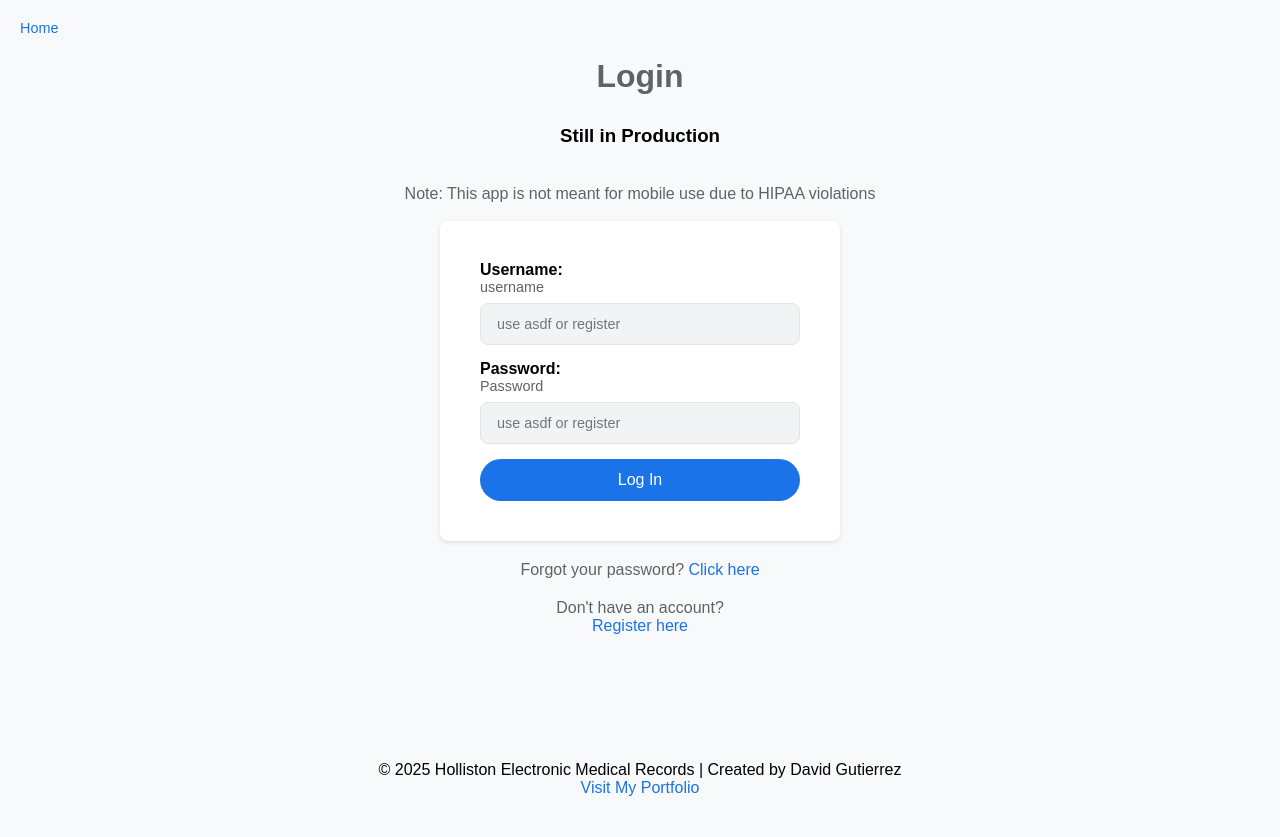
Repository: DavidG626/Flask-Project
Page: http://localhost/login?next=%2Fcpt%2Fcpt_codes
An editor plug-in stored every save of this project. The page is shown before and after the next save, followed by the edit.
The browser window is 1280 px wide. The pictures show the whole page.
The page is served by the project's application, run on Flask 3 (tempCodeRunnerFile.py). Other server files are loaded and not shown.

Above is the page before, as saved 2025-03-11 12:24:03.

### templates/login.html
<!DOCTYPE html>
<html lang="en">
<head>
    <meta charset="UTF-8">
    <meta name="viewport" content="width=device-width, initial-scale=1.0">
    <link rel="stylesheet" type="text/css" href="/static/login.css">

    <title>Login</title>

</head>
<body>
    <!-- Navigation -->
    <a class=home href="{{ url_for('home') }}">Home</a>
    {% with messages = get_flashed_messages(with_categories=true) %}
    {% if messages %}
      <ul>
        {% for category, message in messages %}
          <div class="{{ category }}">{{ message }}</div>
        {% endfor %}
      </ul>
    {% endif %}
  {% endwith %}<br>
    <!-- Login Form -->
    <h1>Login</h1>
    <h3>Still in Production</h3><br>
    <p>Note: This app is not meant for mobile use due to HIPAA violations</p><br>


    <form method="POST" action="">
        {{ form.hidden_tag() }}

        <legend>Login</legend>
          <!-- Render Username Field -->
          <h4>Username:</h4>
          <div>
            {{ form.username.label(class="form-label") }}
            {{ form.username(class="form-input", placeholder="use asdf or register") }}

        </div>

         <!-- Render Password Field -->
         <h4>Password:</h4>
         <div>
            {{ form.password.label(class="form-label") }}
            {{ form.password(class="form-input", placeholder="use asdf or register") }}

        </div>

        <div>
            {{ form.submit(class="form-button") }}
        </div>
    </form>
    <!-- Forgot Password Link -->
    <p>Forgot your password? <a href="#">Click here</a></p>

    <!-- Registration Link -->
    <p>Don't have an account?</p>
    <a href="{{ url_for('login_register.register') }}" class="register-link">Register here</a>



    <br><br><br><br><br><br><br>

    <footer>
      <div >
          &copy; 2025 Holliston Electronic Medical Records | Created by David Gutierrez

      </div>
      <div >
          <a href="https://github.com/DavidG626/Flask-Project" class="register-link" target="_blank">Visit My Portfolio</a>
      </div>
    </footer>
</body>


</html>

### forms/provider_registration_form.py
from flask_wtf import FlaskForm
from wtforms import StringField, PasswordField, SubmitField, BooleanField, SelectField
from wtforms.validators import DataRequired, Length, Email, EqualTo
from flask import Blueprint, render_template, url_for, flash, redirect, session




# Registration
class RegistrationForm(FlaskForm):
    first_name = StringField('First Name',
    validators=[DataRequired(), Length(min=2, max=20)])

    last_name = StringField('Last Name',
    validators=[DataRequired(), Length(min=2, max=20)])

    username = StringField('username',
    validators=[DataRequired(), Length(min=2, max=20)])

    password = PasswordField('Password',
    validators=[DataRequired(), Length(min=2, max=20)])

    confirm_password = PasswordField('Confirm Password',
    validators=[DataRequired(), EqualTo('password', message= "Password Must Match")])

    email = StringField('email',
    validators=[DataRequired(), Email()])

    practice_name = StringField('Practice Name',
    validators=[DataRequired()])

    specialty = StringField('Specialty',
    validators=[DataRequired()])

    npi = StringField('NPI #',
    validators=[DataRequired()])

    medical_license = StringField('Medical License',
    validators=[DataRequired()])

    medical_title = SelectField('Medical Title',
    choices=[
        ('', 'Select your title'),
        ('MD', "MD"),
        ('PA', "PA"),
        ('NP', "NP"),
        ('DO', "DO"),
        ('DC', "DC"),

    ],
    validators=[DataRequired()])

    address = StringField('Address',
    validators=[DataRequired()])

    city = StringField('City',
    validators=[DataRequired()])

    zip_code = StringField('Zip Code',
    validators=[DataRequired()])

    state = StringField('State',
    validators=[DataRequired()])

    phone = StringField('Phone',
    validators=[DataRequired()])

    fax = StringField('Fax',
    validators=[DataRequired()])

    contact_name = StringField('Medical Assistant',
    validators=[DataRequired()])

    biller_name = StringField('Biller',
    validators=[DataRequired()])

    biller_email = StringField('Biller Email',
    validators=[DataRequired()])

    submit = SubmitField('Submit')


# Login
class LoginForm(FlaskForm):
    username = StringField('username',
    validators=[DataRequired()])
    password = PasswordField('Password',
    validators=[DataRequired()])
    remember = BooleanField('Remember Me')

    submit = SubmitField('Log In')

### routes/login_register.py
from flask import Blueprint, render_template, url_for, flash, redirect, session
from forms.provider_registration_form import RegistrationForm, LoginForm
from werkzeug.security import generate_password_hash, check_password_hash
from models.provider_info_models import Provider
from extensions import provider_info_db as db
from flask_login import login_user
from datetime import datetime  # Add this import

import sqlite3
import os



# Create the login_register blueprint
login_register = Blueprint('login_register', __name__)

@login_register.route("/register", methods=["GET", "POST"])
def register():
    form = RegistrationForm()

    if form.validate_on_submit():
        # Hash the password
        hashed_password = generate_password_hash(form.password.data)

        # Check for existing username
        existing_username = Provider.query.filter_by(username=form.username.data).first()
        if existing_username:
            flash('Username already exists. Please choose a different username.', 'danger')
            return render_template('register.html', title="Register", form=form)

        # Check for existing email
        existing_email = Provider.query.filter_by(email=form.email.data).first()
        if existing_email:
            flash('Email already registered. Please use a different email.', 'danger')
            return render_template('register.html', title="Register", form=form)

        # Create new Provider instance
        new_provider = Provider(
            first_name=form.first_name.data,
            last_name=form.last_name.data,
            username=form.username.data,
            email=form.email.data,
            password=hashed_password,
            medical_title=form.medical_title.data,
            specialty=form.specialty.data,
            npi=form.npi.data,
            medical_license=form.medical_license.data,
            practice_name=form.practice_name.data,
            address=form.address.data,
            city=form.city.data,
            state=form.state.data,
            zip_code=form.zip_code.data,
            phone=form.phone.data,
            fax=form.fax.data,
            contact_name=form.contact_name.data,
            biller_name=form.biller_name.data,
            biller_email=form.biller_email.data,
        )

        try:
            db.session.add(new_provider)
            db.session.commit()
            flash('Registration successful! Please log in.', 'success')
            return redirect(url_for('login_register.login'))
        except Exception as e:
            db.session.rollback()
            flash('An error occurred during registration. Please try again.', 'danger')
            print(f"Registration Error: {e}")

    return render_template('register.html', title="Register", form=form)

@login_register.route("/login", methods=["GET", "POST"])
def login():
    form = LoginForm()

    if form.validate_on_submit():
        # Get provider from the database based on the provided username
        provider = Provider.query.filter_by(username=form.username.data).first()

        if provider and check_password_hash(provider.password, form.password.data):
            # Successful login - store username in session and log in the user
            session['username'] = provider.username
            session['user_id'] = provider.id  # Add this
            session['last_active'] = str(datetime.now())  # Add this
            login_user(provider)  # This is needed for flask-login
            welcome_message = f"Logged in {provider.first_name} {provider.last_name}, {provider.medical_title}"
            flash(welcome_message)

            return redirect(url_for('dashboard.dashboard_view'))
        else:
            flash('Invalid username or password', 'danger')

    return render_template('login.html', title="Login", form=form)

### tempCodeRunnerFile.py
from flask import Flask, render_template, url_for, flash, redirect, jsonify
from datetime import timedelta
import os
from extensions import provider_info_db as db
from flask_login import LoginManager


# models
from models.auth_model import Auth
from models.cpt_model import CPTCode
from models.icd10_models import ICD10Code
from models.imaging_model import ImagingResult
from models.lab_model import LabResult
from models.misc_model import Misc
from models.operative_model import OperativeReport
from models.patient_medical_hx_models import Allergy, MedicalCondition, Surgery, Medication, PastMedicalHistory
from models.pr2_model import ProgressNote, ProgressNoteCPT, RequestForAuthorization, RFAItem
from models.provider_info_models import Provider
from models.wc_patient_models import Patient,  Employer, ClaimsAdmin, Lawyer

# routes
from routes.auth_routes import auth_bp
from routes.cpt_routes import cpt_bp
from routes.dashboard import dashboard_bp
from routes.icd10_routes import icd10_bp
from routes.imaging_routes import imaging_bp
from routes.lab_routes import labs_bp
from routes.login_register import login_register
from routes.misc_routes import misc_bp
from routes.operative_routes import operative_bp
from routes.progress_note_route import progress_note_bp
from routes.wc_patient_portal_routes import wc_patient_portal_bp



# Create the Flask app
app = Flask(__name__)


# Create instance directory
if not os.path.exists('instance'):
    os.makedirs('instance')

app.config['SECRET_KEY'] = os.environ.get('SECRET_KEY', 'torito')

# Simple database configuration
if os.environ.get('DATABASE_URL'):
    # Use PostgreSQL on Render when DATABASE_URL is set
    app.config['SQLALCHEMY_DATABASE_URI'] = os.environ.get('DATABASE_URL').replace('postgres://', 'postgresql://')
else:
    # Use SQLite otherwise (both locally and on Render when no DATABASE_URL)
    app.config['SQLALCHEMY_DATABASE_URI'] = 'sqlite:///provider_info_db.db'

app.config['SQLALCHEMY_TRACK_MODIFICATIONS'] = False

# Initialize db
db.init_app(app)

# Initialize Flask-Login
login_manager = LoginManager()
login_manager.init_app(app)
login_manager.login_view = 'login_register.login'  # Specify the login route
login_manager.login_message_category = 'info'      # Optional: style for login messages

@login_manager.user_loader
def load_user(user_id):
    return Provider.query.get(int(user_id))

# Set session lifetime to 30 minutes
app.permanent_session_lifetime = timedelta(minutes=30)

# register blueprints
app.register_blueprint(auth_bp, url_prefix='/auth')
app.register_blueprint(cpt_bp, url_prefix='/cpt')
app.register_blueprint(dashboard_bp, url_prefix='/dashboard')
app.register_blueprint(icd10_bp, url_prefix='/icd10')
app.register_blueprint(imaging_bp, url_prefix='/imaging')
app.register_blueprint(labs_bp, url_prefix='/labs')
app.register_blueprint(login_register)
app.register_blueprint(misc_bp, url_prefix='/misc')
app.register_blueprint(operative_bp, url_prefix='/operative')
app.register_blueprint(progress_note_bp, url_prefix='/progress_note')
app.register_blueprint(wc_patient_portal_bp, url_prefix='/wc_patient_portal')

# Home route
@app.route("/")
def home():
    return render_template('home.html')

# Create the database tables
with app.app_context():
    db.create_all()

# Run the app
if __name__ == "__main__":
    port = int(os.environ.get('PORT', 5005))
    app.run(host='0.0.0.0', port=port, debug=True)

### static/login.css
/* static/login.css */
html {
    font-size: 16px;
}

* {
    margin: 0;
    padding: 0;
    box-sizing: border-box;
    font-family: Arial, sans-serif;
}

body {
    background-color: #f8f9fa;
    display: flex;
    flex-direction: column;
    align-items: center;
    padding: 40px 20px;
}

.home {
    position: absolute;
    top: 20px;
    left: 20px;
    text-decoration: none;
    color: #1a73e8;
    font-size: 0.9rem;
}

.home:hover {
    text-decoration: underline;
}

h1 {
    color: #5f6368;
    margin-bottom: 30px;
    text-align: center;
}

form {
    background-color: white;
    border-radius: 8px;
    box-shadow: 0 2px 4px rgba(0, 0, 0, 0.1);
    padding: 40px;
    width: 100%;
    max-width: 400px;
}

legend {
    display: none;
}

.form-label {
    color: #5f6368;
    font-size: 0.9rem;
    margin-bottom: 8px;
    display: block;
}

.form-input {
    width: 100%;
    padding: 12px 16px;
    border: 1px solid #e1e4e8;
    border-radius: 8px;
    font-size: 0.9rem;
    background-color: #f1f3f4;
    margin-bottom: 15px;
    transition: border-color 0.3s ease;
}

.form-input:focus {
    outline: none;
    border-color: #1a73e8;
    box-shadow: 0 0 0 3px rgba(26, 115, 232, 0.1);
}

.form-button {
    width: 100%;
    padding: 12px;
    background: #1a73e8;
    color: white;
    border: none;
    border-radius: 24px;
    cursor: pointer;
    font-weight: 500;
    font-size: 1rem;
    transition: background-color 0.3s ease;
}

.form-button:hover {
    background-color: #185abc;
}

p {
    margin-top: 20px;
    color: #5f6368;
    text-align: center;
}

p a, body > a:last-child {
    color: #1a73e8;
    text-decoration: none;
    font-weight: 500;
}

p a:hover, body > a:last-child:hover {
    text-decoration: underline;
}
.register-link, .register-link:visited {
    color: #1a73e8;
    text-decoration: none;

    text-align: center;
    display: block;
  }

  .register-link:hover {
    color: #185abc;
  }

/* Responsive adjustments */
@media (max-width: 1600px) {
    html {
        font-size: 16px;
    }
}

@media (max-width: 1200px) {
    html {
        font-size: 16px;
    }
}

@media (max-width: 992px) {
    html {
        font-size: 14px;
    }
}

@media (max-width: 768px) {
    html {
        font-size: 12px;
    }

    form {
        padding: 20px;
        width: 95%;
    }
}

@media (max-width: 600px) {
    html {
        font-size: 10px;
    }
}

After the next save:
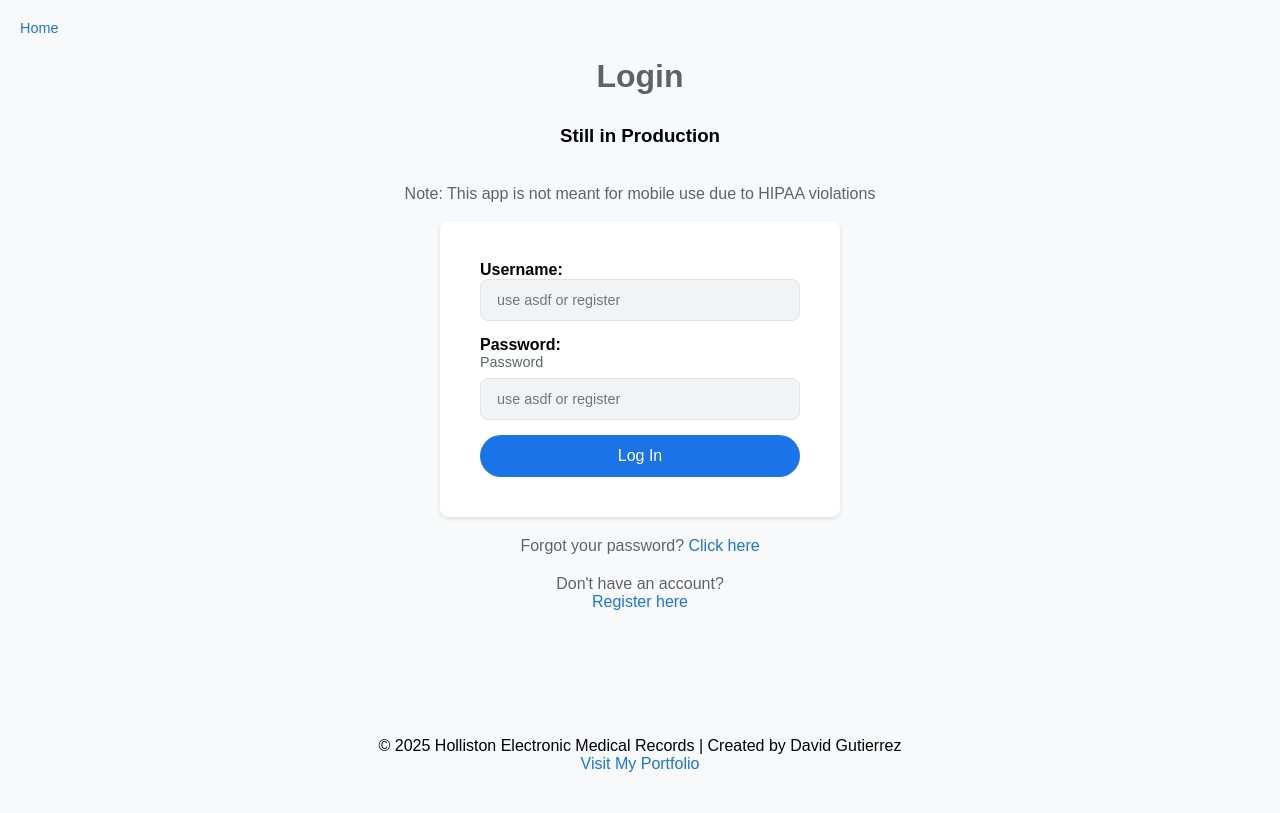
Saved 13 s later.
--- a/templates/login.html
+++ b/templates/login.html
@@ -33,7 +33,7 @@
           <!-- Render Username Field -->
           <h4>Username:</h4>
           <div>
-            {{ form.username.label(class="form-label") }}
+
             {{ form.username(class="form-input", placeholder="use asdf or register") }}
 
         </div>
